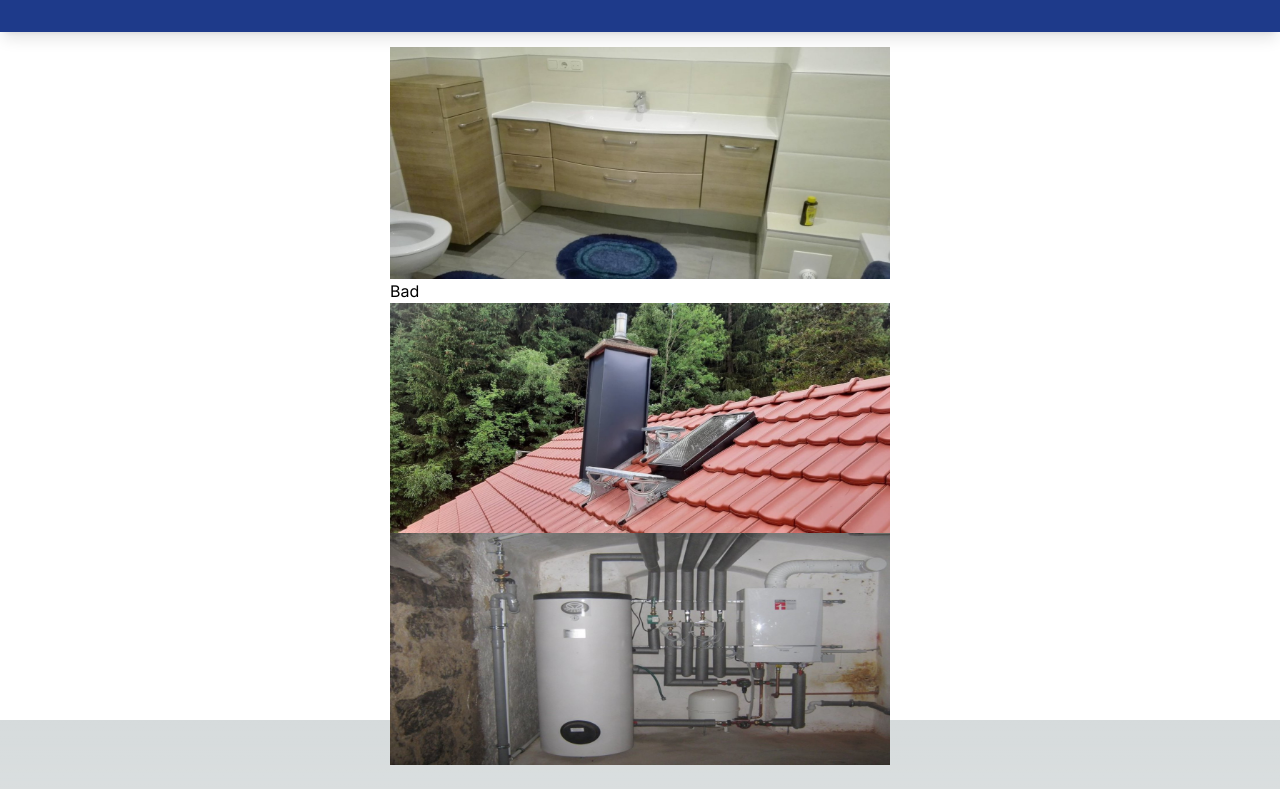
Repository: LorenMucha/firma-andreas-mucha
Page: /
These files come from the project's save history. The page is drawn as it stood at one moment and after a run of saves; the edit follows.
The browser window is 1280 px wide. The pictures show the whole page.
The project was rebuilt for these pictures with package versions that can differ from the ones it lists, and the page was loaded fresh each time. The framework's server and built-in components were replaced by stand-ins that run in the browser. Also part of the build but not shown: next.config.mjs.

Above is the page before, as saved 2024-04-15 16:07:04.

### src/app/layout.tsx
import type { Metadata } from "next";
import { Inter } from "next/font/google";
import "./globals.css";

const inter = Inter({ subsets: ["latin"] });

export const metadata: Metadata = {
  title: "Firma Andreas Mucha",
  description: "Generated by create next app",
};

export default function RootLayout({
  children,
}: Readonly<{
  children: React.ReactNode;
}>) {
  return (
    <html lang="de" suppressHydrationWarning={true}>
      <body className={inter.className}>{children}</body>
    </html>
  );
}

### src/app/page.tsx
"use client";
import Intro from "./components/Intro";
import Navbar from "./components/Navbar";

export default function Home() {
  return (
    <main className="flex min-h-screen flex-col items-center justify-between">
      <Navbar />
      <Intro />
    </main>)
}

### src/app/globals.css
@tailwind base;
@tailwind components;
@tailwind utilities;

@import '@coreui/coreui/dist/css/coreui.min.css';

:root {
  --foreground-rgb: 0, 0, 0;
  --background-start-rgb: 214, 219, 220;
  --background-end-rgb: 255, 255, 255;
}

@media (prefers-color-scheme: dark) {
  :root {
    --foreground-rgb: 255, 255, 255;
    --background-start-rgb: 0, 0, 0;
    --background-end-rgb: 0, 0, 0;
  }
}

body {
  color: rgb(var(--foreground-rgb));
  background: linear-gradient(to bottom,
      transparent,
      rgb(var(--background-end-rgb))) rgb(var(--background-start-rgb));
}

@layer utilities {
  .text-balance {
    text-wrap: balance;
  }
}

### src/app/components/Intro.tsx
import { CCarousel, CCarouselItem, CImage } from "@coreui/react"

const imageWidth = 200
const imageHeight = 100

const Intro = (): React.JSX.Element =>
    <div className="w-screen h-screen flex flex-col justify-center items-center bg-white p-10">
        <div className="font-extrabold text-8xl text-black w-100">Firma Andreas Mucha</div>
        <div className="mt-5">
            <CCarousel controls indicators>
                <CCarouselItem>
                    <CImage width={500} height={500} src="/images/bad.jpg" alt="slide 1" />
                    <div className="text-black">Bad</div>
                </CCarouselItem>
                <CCarouselItem>
                    <CImage width={500} height={500} src="/images/dach.jpg" alt="slide 2" />
                </CCarouselItem>
                <CCarouselItem>
                    <CImage width={500} height={500} src="/images/heizung.JPG" alt="slide 3" />
                </CCarouselItem>
            </CCarousel>
        </div>
    </div>

export default Intro

### src/app/components/Navbar.tsx
const Navbar = (): React.JSX.Element =>
    <nav className="shadow-lg fixed w-screen top-0 z-10 px-3 bg-blue-900">
        <div className="max-w-6xl mx-auto">
            <div className="flex justify-between">
                <div className="inline-flex justify-center md:p-4 mb-1 mt-1 md:mt-0 md:mb-0">
                    <a>
                        <span className="font-semibold md:text-l"></span>
                    </a>
                </div>
            </div>
        </div>
    </nav>

export default Navbar

Loaded but not shown: tailwind.config.ts (common file)

After the next 2 saves:
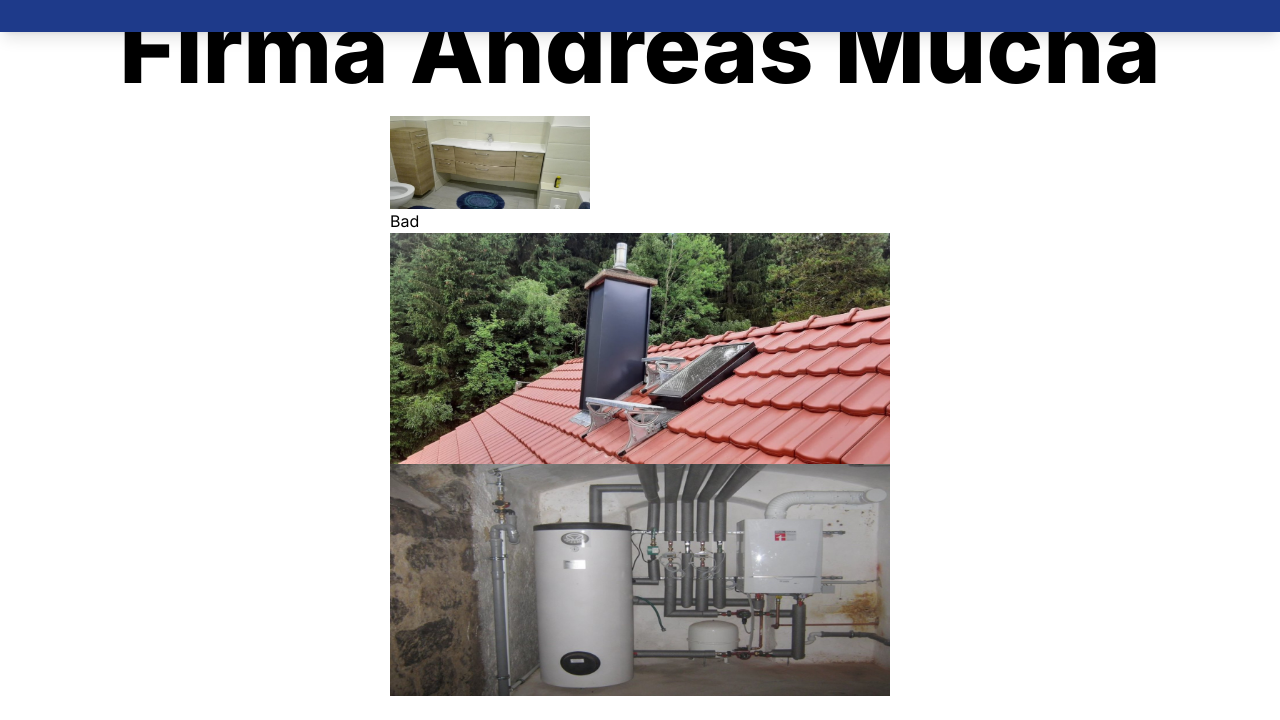
The 2 saves are shown as one change because they came seconds apart.
The last was saved 8 s later.
--- a/src/app/components/Intro.tsx
+++ b/src/app/components/Intro.tsx
@@ -9,7 +9,7 @@
         <div className="mt-5">
             <CCarousel controls indicators>
                 <CCarouselItem>
-                    <CImage width={500} height={500} src="/images/bad.jpg" alt="slide 1" />
+                    <CImage width={imageWidth} height={500} src="/images/bad.jpg" alt="slide 1" />
                     <div className="text-black">Bad</div>
                 </CCarouselItem>
                 <CCarouselItem>
